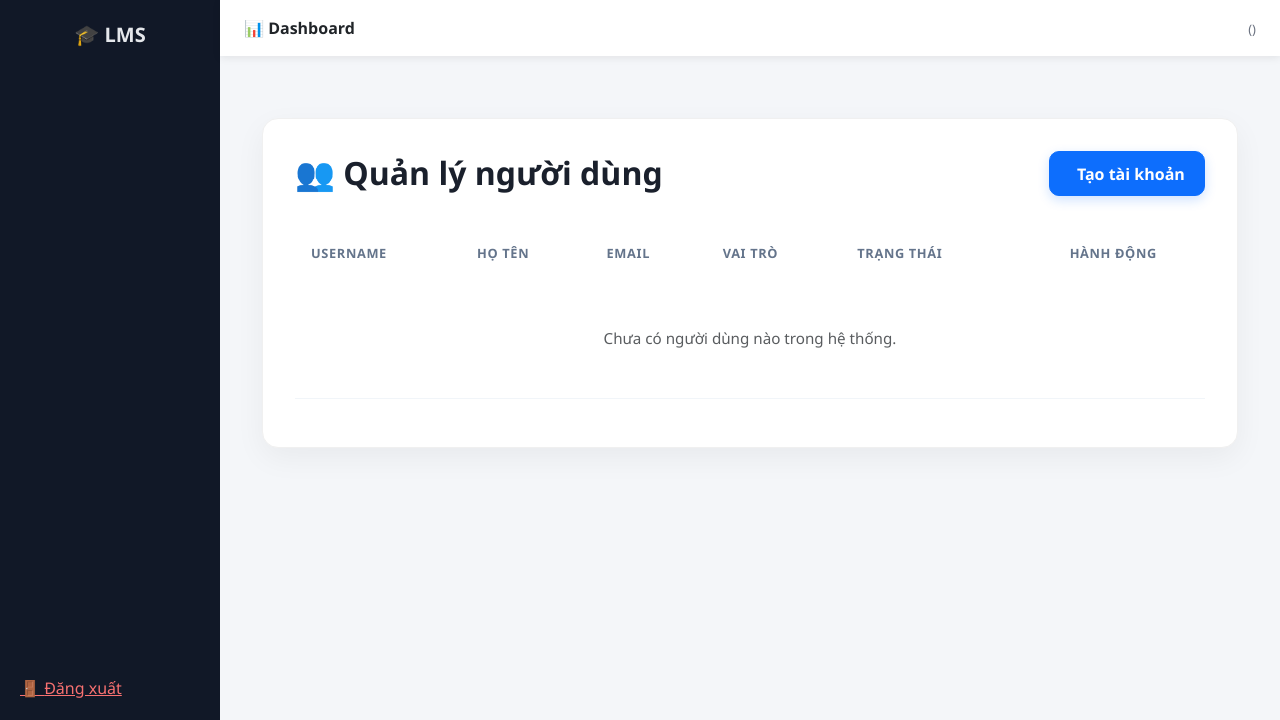
Repository: JiaHui2005/LMS_Django
Page: templates/manager/user_list.html
An editor plug-in stored every save of this project. The page is shown before and after the next save, followed by the edit.
The browser window is 1280 px wide. The pictures show the whole page.
The page is served by the project's application, run on Django 5.2 (manage.py). Other server files are loaded and not shown. The template is opened directly, without the code that normally fills it, so the values that code supplies are empty.

Above is the page before, as saved 2026-01-16 14:23:44.

### common/templatetags/dict_extras.py
from django import template

register = template.Library()

@register.filter
def get_item(dictionary, key):
    return dictionary.get(key, [])

### templates/manager/user_list.html
{% extends 'base.html' %}
{% block title %}Danh sách người dùng{% endblock %}

{% block content %}
<style>
    /* Tổng thể container */
    .table-container {
        background: #ffffff;
        padding: 2rem;
        border-radius: 16px;
        box-shadow: 0 10px 30px rgba(0, 0, 0, 0.05);
        margin-top: 2rem;
        border: 1px solid #f0f0f0;
    }

    /* Tiêu đề và Nút thêm mới */
    .header-section {
        display: flex;
        justify-content: space-between;
        align-items: center;
        margin-bottom: 2rem;
    }

    .header-section h2 {
        color: #1a202c;
        font-weight: 800;
        margin: 0;
    }

    /* Tùy chỉnh bảng */
    .table {
        vertical-align: middle;
    }

    .table thead {
        background-color: #f8fafc;
    }

    .table thead th {
        border: none;
        color: #64748b;
        text-transform: uppercase;
        font-size: 0.8rem;
        letter-spacing: 0.05em;
        padding: 1rem;
    }

    .table tbody tr {
        transition: all 0.2s;
        border-bottom: 1px solid #f1f5f9;
    }

    .table tbody tr:hover {
        background-color: #f1f5f9;
        transform: scale(1.002);
    }

    .table td {
        padding: 1.2rem 1rem;
        color: #334155;
        font-size: 0.95rem;
    }

    /* Badge trạng thái */
    .badge {
        padding: 0.5rem 0.8rem;
        border-radius: 8px;
        font-weight: 600;
        font-size: 0.8rem;
    }

    .bg-success-light {
        background-color: #dcfce7;
        color: #166534;
    }

    .bg-secondary-light {
        background-color: #f1f5f9;
        color: #475569;
    }

    /* Nút hành động */
    .btn-action {
        width: 36px;
        height: 36px;
        display: inline-flex;
        align-items: center;
        justify-content: center;
        border-radius: 10px;
        transition: all 0.2s;
        margin: 0 2px;
        border: none;
    }

    .btn-edit {
        background-color: #fef9c3;
        color: #854d0e;
    }

    .btn-edit:hover {
        background-color: #fde047;
        color: #854d0e;
    }

    .btn-delete {
        background-color: #fee2e2;
        color: #991b1b;
    }

    .btn-delete:hover {
        background-color: #fecaca;
        color: #991b1b;
    }

    .btn-create {
        border-radius: 10px;
        padding: 0.6rem 1.2rem;
        font-weight: 600;
        box-shadow: 0 4px 12px rgba(13, 110, 253, 0.2);
    }
</style>

<div class="container">
    <div class="table-container">
        <div class="header-section">
            <h2>👥 Quản lý người dùng</h2>
            <a href="{% url 'user_create' %}" class="btn btn-primary btn-create">
                <i class="fas fa-plus me-2"></i> Tạo tài khoản
            </a>
        </div>

        <div class="table-responsive">
            <table class="table">
                <thead>
                    <tr>
                        <th>Username</th>
                        <th>Họ tên</th>
                        <th>Email</th>
                        <th>Vai trò</th>
                        <th>Trạng thái</th>
                        <th class="text-center">Hành động</th>
                    </tr>
                </thead>
                <tbody>
                    {% for u in users %}
                    <tr>
                        <td class="fw-bold">{{ u.username }}</td>
                        <td>{{ u.full_name }}</td>
                        <td>{{ u.email }}</td>
                        <td>
                            <span class="text-muted small">
                                <i class="fas fa-user-tag me-1"></i> {{ u.get_role_display }}
                            </span>
                        </td>
                        <td>
                            {% if u.is_active %}
                                <span class="badge bg-success-light">● Hoạt động</span>
                            {% else %}
                                <span class="badge bg-secondary-light">○ Khóa</span>
                            {% endif %}
                        </td>
                        <td class="text-center">
                            <a href="{% url 'user_edit' u.id %}" class="btn-action btn-edit" title="Sửa">
                                <i class="fas fa-pen-nib"></i>
                            </a>
                            <a href="{% url 'user_delete' u.id %}" class="btn-action btn-delete" title="Xóa"
                               onclick="return confirm('Bạn có chắc chắn muốn xóa?')">
                                <i class="fas fa-trash"></i>
                            </a>
                        </td>
                    </tr>
                    {% empty %}
                    <tr>
                        <td colspan="6" class="text-center py-5 text-muted">
                            Chưa có người dùng nào trong hệ thống.
                        </td>
                    </tr>
                    {% endfor %}
                </tbody>
            </table>
        </div>
    </div>
</div>
{% endblock %}

### templates/base.html
{% load static %}
<!DOCTYPE html>
<html lang="vi">
<head>
    <meta charset="UTF-8">
    <title>{% block title %}TLSP{% endblock %}</title>

    <!-- Bootstrap (chỉ dùng component) -->
    <link href="https://cdn.jsdelivr.net/npm/bootstrap@5.3.2/dist/css/bootstrap.min.css" rel="stylesheet">

    <!-- Dashboard CSS -->
    <link rel="stylesheet" href="{% static 'css/dashboard.css' %}">
</head>
<body>

<div class="app-container">
    <!-- Sidebar -->
    {% include 'components/sidebar.html' %}

    <!-- Main -->
    <div class="main-content">
        {% include 'components/navbar.html' %}
        <div class="page-content">
            {% block content %}{% endblock %}
        </div>
    </div>
</div>

</body>
</html>

### templates/components/sidebar.html
<aside class="sidebar">
    <div class="sidebar-logo">
        🎓 <span>LMS</span>
    </div>

    <ul class="sidebar-menu">
        {% if user.role == 'manager' %}
            <li>
                <a href="{% url 'manager_dashboard' %}" class="{% if request.path == '/dashboard/manager/' %}active{% endif %}">
                    📊 <span>Dashboard</span>
                </a>
            </li>
            <li>
                <a href="{% url 'user_list' %}">
                    👥 <span>Người dùng</span>
                </a>
            </li>
        {% endif %}

        {% if user.role == 'lecturer' %}
            <li>
                <a href="{% url 'lecturer_dashboard' %}">
                    👨‍🏫 <span>Giảng viên</span>
                </a>
            </li>
        {% endif %}

        {% if user.role == 'student' %}
            <li>
                <a href="{% url 'student_dashboard' %}">
                    🎓 <span>Sinh viên</span>
                </a>
            </li>
        {% endif %}

        {% if user.role == 'coordinator' %}
            <li>
                <a href="{% url 'coordinator_dashboard' %}">
                    🧭 <span>Điều phối</span>
                </a>
            </li>
        {% endif %}
    </ul>

    <div class="sidebar-footer">
        <a href="{% url 'logout' %}" class="logout">
            🚪 <span>Đăng xuất</span>
        </a>
    </div>
</aside>

### templates/components/navbar.html
<nav class="topbar">
    <div class="topbar-left">
        <span class="page-title">📊 Dashboard</span>
    </div>

    <div class="topbar-right">
        <span class="user-name">
            {{ user.full_name|default:user.username }}
        </span>
        <span class="user-role">
            ({{ user.role }})
        </span>
    </div>
</nav>

### config/urls.py
from django.contrib import admin
from django.shortcuts import redirect
from django.urls import path
from apps.accounts import views as account_views
from apps.classes.views import lecturer_classes
from apps.academics.views import take_attendance, enter_grade

def root_redirect(request):
    return redirect('/login/')

urlpatterns = [
    path('', root_redirect),
    path('admin/', admin.site.urls),

    # Auth
    path('login/', account_views.login_view, name='login'),
    path('logout/', account_views.logout_view, name='logout'),

    # Lecturer
    path('classes/lecturer/', lecturer_classes, name='lecturer_classes'),
    path('attendance/<int:class_id>/', take_attendance, name='attendance'),
    path('grade/<int:class_id>/', enter_grade, name='grade'),

    # Dashboard
    path('dashboard/manager/', account_views.manager_dashboard, name='manager_dashboard'),
    path('dashboard/student/', account_views.student_dashboard, name='student_dashboard'),
    path('dashboard/lecturer/', account_views.lecturer_dashboard, name='lecturer_dashboard'),
    path('dashboard/cs/', account_views.cs_dashboard, name='cs_dashboard'),
    path('dashboard/coordinator/', account_views.coordinator_dashboard, name='coordinator_dashboard'),

    # CRUD User
    path('manager/users/', account_views.user_list, name='user_list'),
    path('manager/users/create/', account_views.user_create, name='user_create'),
    path('manager/users/<int:user_id>/edit/', account_views.user_edit, name='user_edit'),
    path('manager/users/<int:user_id>/delete/', account_views.user_delete, name='user_delete'),
]

### static/css/dashboard.css
/* ===== RESET ===== */
* {
    box-sizing: border-box;
}

body {
    margin: 0;
    font-family: "Segoe UI", sans-serif;
    background: #f4f6f9;
}

/* ===== LAYOUT ===== */
.app-container {
    display: flex;
    min-height: 100vh;
}

/* ===== SIDEBAR ===== */
.sidebar {
    width: 220px;
    background: #111827;
    color: #e5e7eb;
    display: flex;
    flex-direction: column;
    padding: 20px 14px;
}

.sidebar-logo {
    font-size: 20px;
    font-weight: 700;
    text-align: center;
    margin-bottom: 30px;
}

.sidebar-menu {
    list-style: none;
    padding: 0;
    margin: 0;
    flex: 1;
}

.sidebar-menu li {
    margin-bottom: 10px;
}

.sidebar-menu a {
    display: flex;
    align-items: center;
    gap: 10px;
    padding: 10px 14px;
    color: #d1d5db;
    text-decoration: none;
    border-radius: 8px;
    transition: all 0.2s ease;
}

.sidebar-menu a:hover {
    background: #1f2937;
    color: #fff;
}

.sidebar-menu a.active {
    background: #2563eb;
    color: #fff;
}

/* ===== SIDEBAR FOOTER ===== */
.sidebar-footer {
    margin-top: auto;
}

.sidebar-footer .logout {
    color: #f87171;
}

.sidebar-footer .logout:hover {
    background: rgba(248, 113, 113, 0.15);
}

/* ===== MAIN ===== */
.main-content {
    flex: 1;
    display: flex;
    flex-direction: column;
}

/* ===== NAVBAR ===== */
.topbar {
    height: 56px;
    background: #ffffff;
    display: flex;
    align-items: center;
    justify-content: space-between;
    padding: 0 24px;
    box-shadow: 0 2px 8px rgba(0,0,0,0.08);
}

.page-title {
    font-size: 16px;
    font-weight: 600;
}

.user-name {
    font-weight: 600;
    margin-right: 6px;
}

.user-role {
    font-size: 13px;
    color: #6b7280;
}

/* ===== CONTENT ===== */
.page-content {
    padding: 30px;
}

/* ===== CARD ===== */
.stat-card {
    background: #fff;
    border-radius: 12px;
    padding: 22px;
    text-align: center;
    box-shadow: 0 8px 22px rgba(0,0,0,0.08);
    transition: transform 0.2s ease;
}

.stat-card:hover {
    transform: translateY(-4px);
}

.stat-card p {
    font-size: 26px;
    font-weight: bold;
    margin: 0;
}

/* ===== PAGE TITLE ===== */
.page-heading {
    font-size: 22px;
    font-weight: 700;
    margin-bottom: 25px;
    color: #111827;
}

/* ===== STAT CARD (MANAGER) ===== */
.stat-card {
    background: #ffffff;
    border-radius: 14px;
    padding: 22px;
    text-align: center;
    box-shadow: 0 10px 25px rgba(0,0,0,0.08);
    transition: transform 0.2s ease, box-shadow 0.2s ease;
}

.stat-card:hover {
    transform: translateY(-6px);
    box-shadow: 0 14px 30px rgba(0,0,0,0.12);
}

.stat-card h6 {
    font-size: 14px;
    color: #6b7280;
    margin-bottom: 10px;
}

.stat-card p {
    font-size: 30px;
    font-weight: 700;
    margin: 0;
    color: #111827;
}

/* ===== CHART CARD ===== */
.chart-card {
    background: #ffffff;
    border-radius: 16px;
    padding: 25px;
    box-shadow: 0 10px 25px rgba(0,0,0,0.08);
}

/* ===== SIDEBAR FOOTER ===== */
.sidebar-footer {
    position: absolute;
    bottom: 20px;
    left: 20px;
    right: 20px;
}

.logout-btn {
    display: block;
    text-align: center;
    padding: 10px;
    border-radius: 10px;
    background: #dc2626;
    color: #fff;
    font-weight: 600;
    text-decoration: none;
    transition: 0.2s;
}

.logout-btn:hover {
    background: #b91c1c;
    color: #fff;
}

/* ===== FORM CARD ===== */
.form-card {
    background: #fff;
    padding: 30px;
    border-radius: 16px;
    max-width: 900px;
    box-shadow: 0 15px 35px rgba(0,0,0,0.08);
}

/* Input đẹp hơn */
.form-card input,
.form-card select {
    border-radius: 10px;
    padding: 10px 14px;
}

After the next save:
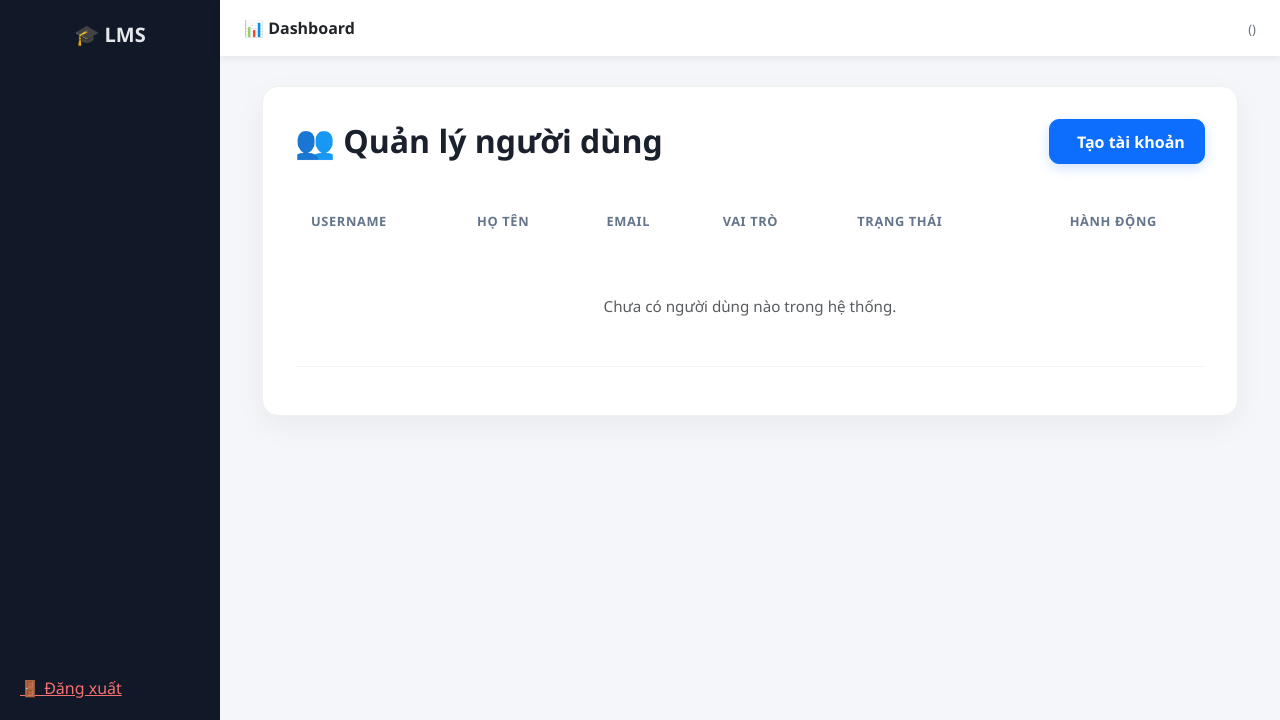
Saved 26 s later.
--- a/templates/manager/user_list.html
+++ b/templates/manager/user_list.html
@@ -9,7 +9,7 @@
         padding: 2rem;
         border-radius: 16px;
         box-shadow: 0 10px 30px rgba(0, 0, 0, 0.05);
-        margin-top: 2rem;
+        {% comment %} margin-top: 2rem; {% endcomment %}
         border: 1px solid #f0f0f0;
     }
 
